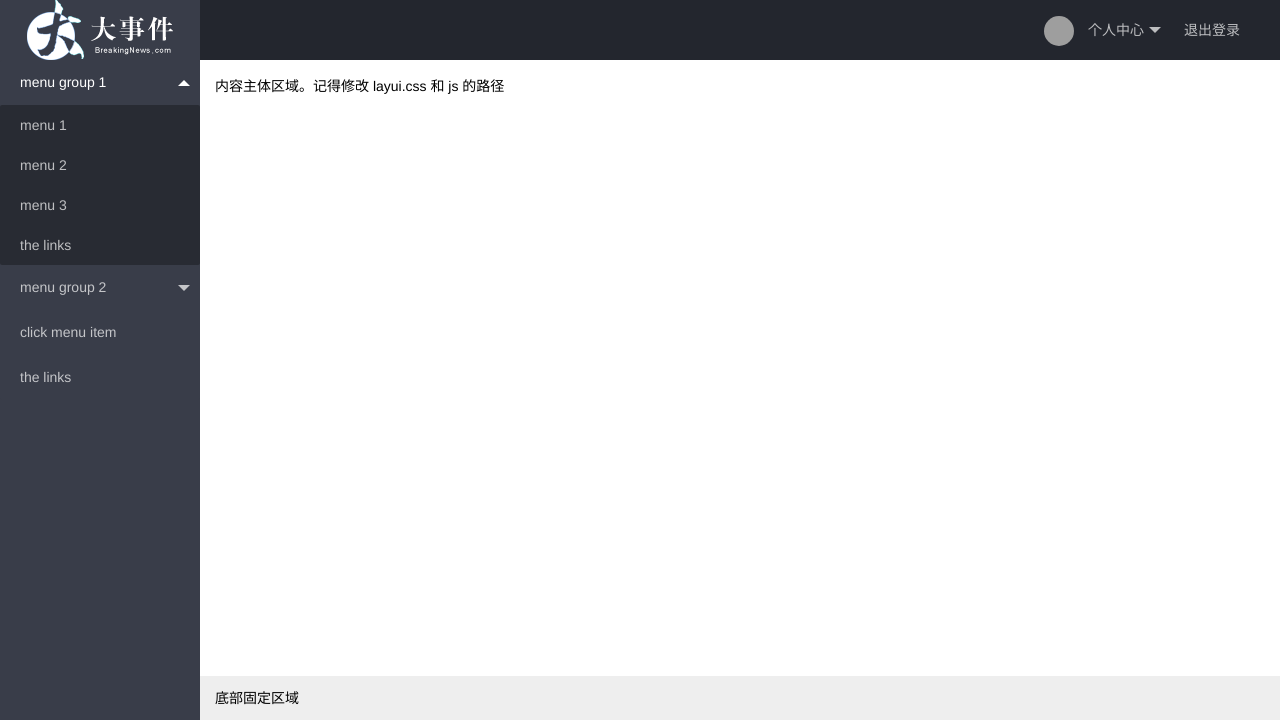
Repository: R1Deemo/Main-project
Page: index.html
These files come from the project's save history. The page is drawn as it stood at one moment and after the next save; the edit follows.
The browser window is 1280 px wide. The pictures show the whole page.
Pictures or frames that could not be fetched are drawn as grey boxes.

Above is the page before, as saved 2022-10-30 17:17:19.

After the next save:
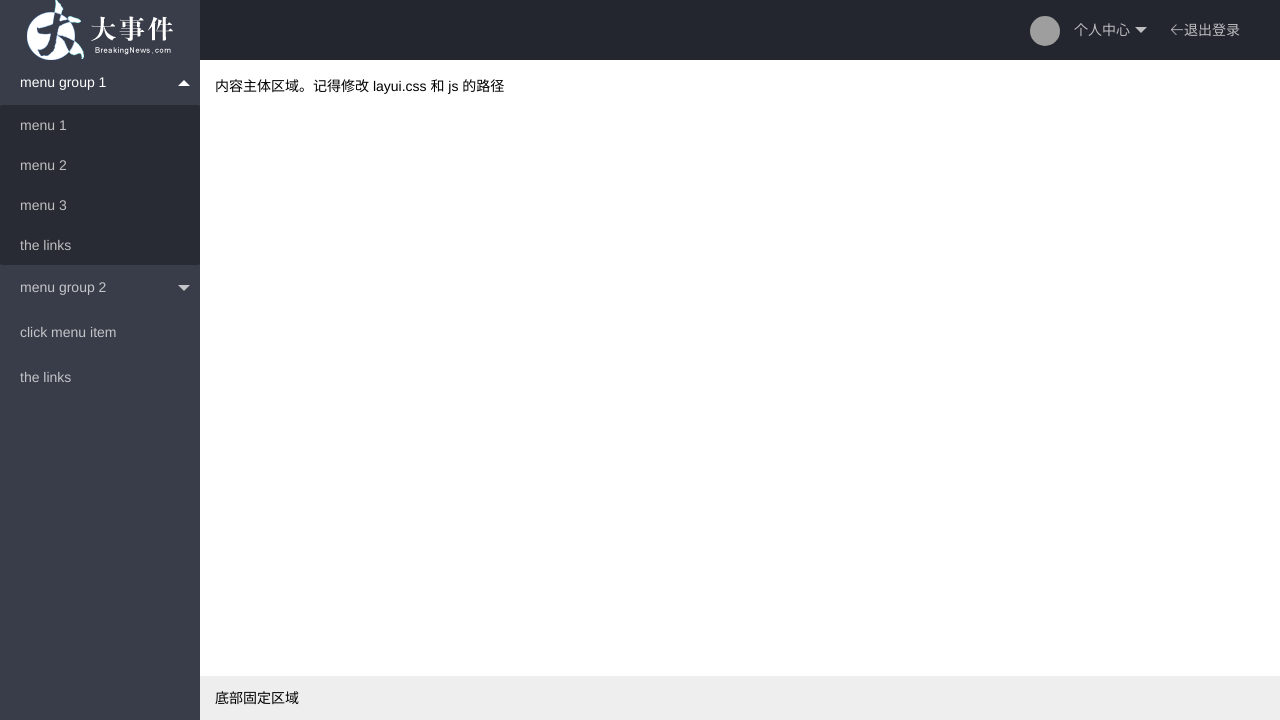
Saved 68 s later.
--- a/index.html
+++ b/index.html
@@ -43,8 +43,7 @@
                 </li>
                 <li class="layui-nav-item" lay-header-event="menuRight" lay-unselect>
                     <a href="javascript:;">
-                        <i class="layui-icon layui-icon-logout">退出登录</i>
-                        <i class="layui-icon layui-icon-logout"></i>
+                        <i class="layui-icon layui-icon-return">退出登录</i>
                     </a>
                 </li>
             </ul>
